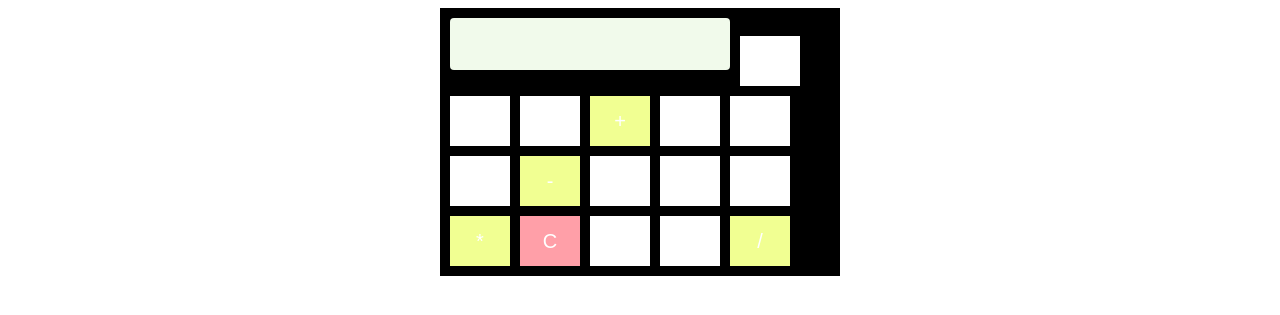
Repository: Drumstrum88/LAB-calculator
Page: index.html
An editor plug-in stored every save of this project. The page is shown before and after the next save, followed by the edit.
The browser window is 1280 px wide. The pictures show the whole page.
The pointer rests on the first visible `#answer`.

Above is the page before, as saved 2023-04-15 15:00:01.

After the next save:
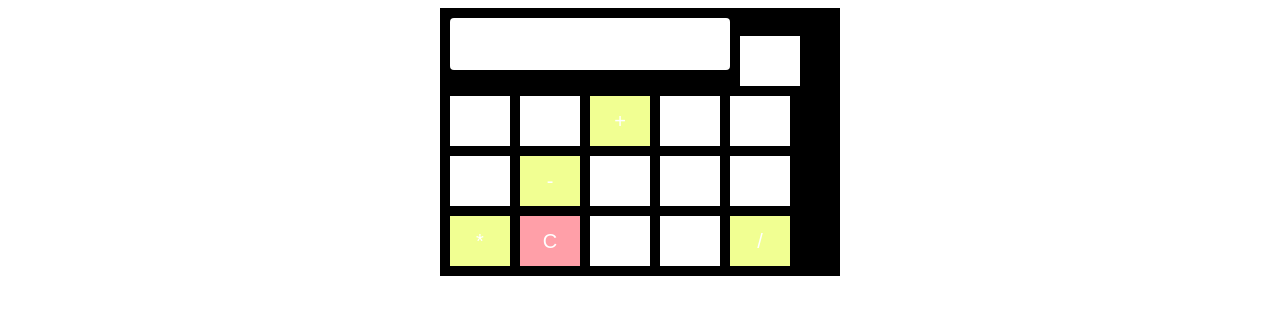
Saved 37 s later.
--- a/main.css
+++ b/main.css
@@ -53,7 +53,7 @@ input {
   font-size: 26px;
   text-align: center;
   box-shadow: 0 4px rgba(0,0,0,0.2);
-  background-color: #f1faeb;
+  background-color: white;
 }
 
 input:hover{
